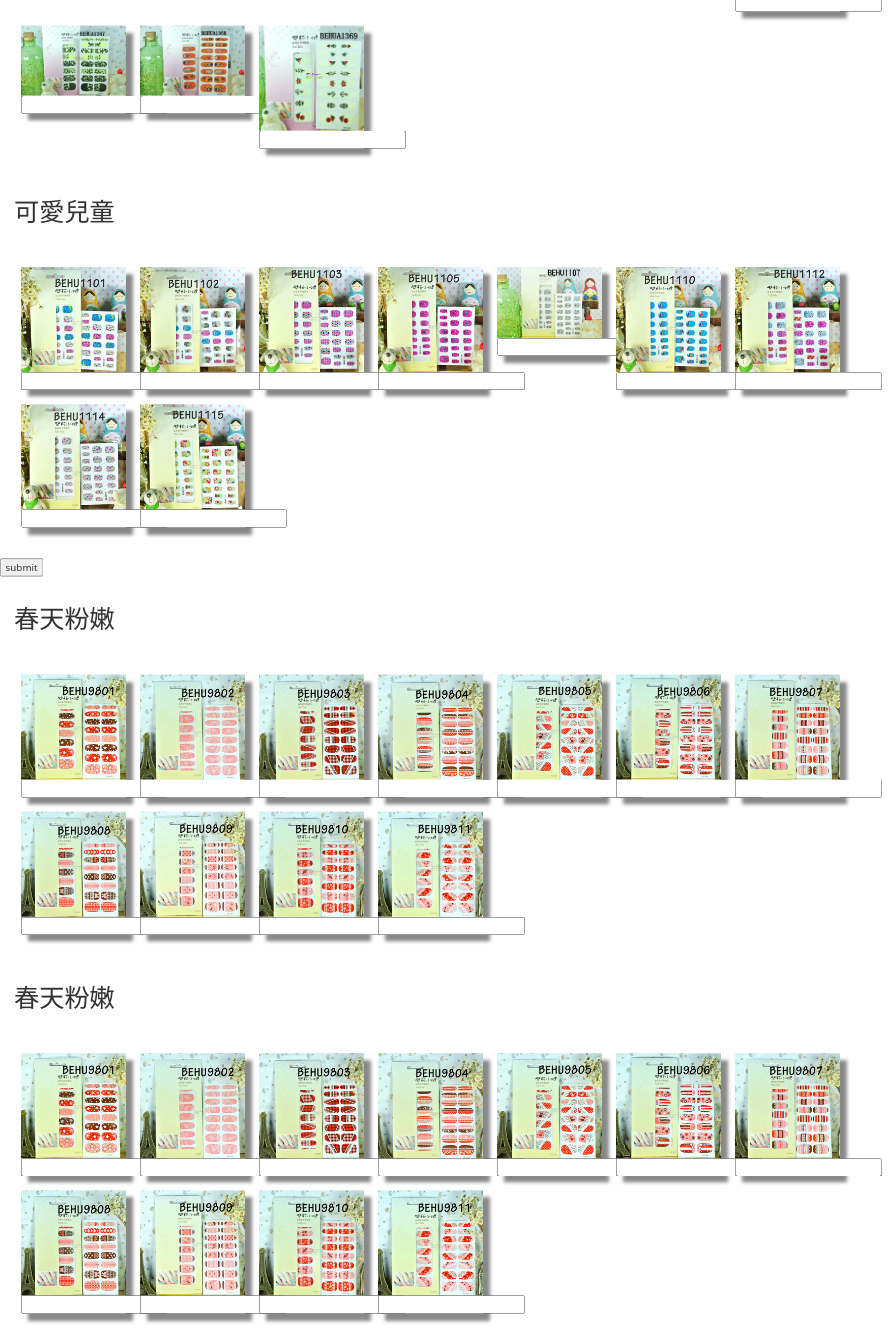
Repository: stardustxx/behua
Page: http://localhost/
The author's editor kept a record of every edit. The page is drawn from the files as they stood at one moment, then again after the next edit.
The browser window is 1280 px wide. The pictures show the part of the page from y = 1482 to 3402 px (the page is 3402 px tall before and 2279 px after), at 70% of full size.
The page is run by PHP 8.4 with error messages shown; the project is at /var/www/html/.

Above is the page before.

### index.php

<?php include('header.php'); ?>

<!-- Appears only when people signed in -->
<!-- <div class = "container">
  <div class = "jumbotron tbCenter">
  	<p> Welcome to Behua </p>
  	<a class="btn btn-default" href="login.php">Log In</a>
		<a class="btn btn-primary" href="signup.php">Sign Up</a>
  </div>
</div> -->

<!-- Photo Gallery, appears regardless -->
<div class = "container-fluid">
  <h1>New Items</h1>
</div>

<div class = "masonry container-fluid tbCenter">
  <?php /*
    for ($x = 1; $x <= 15; $x++){
      if ($x !== 13) {
        echo '<div class="item">';
        echo '<div class = "imgs">';
        echo '<img src = "Product/image' . $x . '.jpeg" />';
        echo '</div></div>';
      }
    } */
  ?>
</div>
<br>

<!-- Show Products -->
<?php include('product.php'); ?>
<form action = "order.php" method = "post">
  <div>
    <input type = "submit" type = "submit" value = "submit" />
  </div>

  <div class = "container-fluid">
    <h1>春天粉嫩</h1>
  </div>
  <div class = "masonry container-fluid tbCenter">
    <?php
      for ($x = 1; $x <= 12; $x++){
        if ($x < 10){
          $filename = "Product/behu9800/BEHU980" . $x . ".jpg";
          if (file_exists($filename)) {
            echo '<div class="item">';
            echo '<div class = "imgs">';
            echo '<img src = "Product/behu9800/BEHU980' . $x . '.jpg" />';
            echo '<input class = "txtbox" type = "text" name = "image' . $x . '" />';
            echo '</div></div>';
          }
        }
        else {
          $filename = "Product/behu9800/BEHU98" . $x . ".jpg";
          if (file_exists($filename)) {
            echo '<div class="item">';
            echo '<div class = "imgs">';
            echo '<img src = "Product/behu9800/BEHU98' . $x . '.jpg" />';
            echo '<input class = "txtbox" type = "text" name = "image' . $x . '" />';
            echo '</div></div>';
          }
        }
      }
    ?>
  </div>

  <div class = "container-fluid">
    <h1>春天粉嫩</h1>
  </div>
  <div class = "masonry container-fluid tbCenter">
    <?php
      for ($x = 1; $x <= 12; $x++){
        if ($x < 10){
          $filename = "Product/behu9800/BEHU980" . $x . ".jpg";
          if (file_exists($filename)) {
            echo '<div class="item">';
            echo '<div class = "imgs">';
            echo '<img src = "Product/behu9800/BEHU980' . $x . '.jpg" />';
            echo '<input class = "txtbox" type = "text" name = "image' . $x . '" />';
            echo '</div></div>';
          }
        }
        else {
          $filename = "Product/behu9800/BEHU98" . $x . ".jpg";
          if (file_exists($filename)) {
            echo '<div class="item">';
            echo '<div class = "imgs">';
            echo '<img src = "Product/behu9800/BEHU98' . $x . '.jpg" />';
            echo '<input class = "txtbox" type = "text" name = "image' . $x . '" />';
            echo '</div></div>';
          }
        }
      }
    ?>
  </div>


</form>
<!-- The ordering part -->


</body>
</html>

### header.php
<head>
<meta charset="utf-8">
<meta name="viewport" content="width=device-width, initial-scale=1">
<title>MissBehua</title>
<script type = "text/javascript" src = "js/jquery.js"></script>
<script type = "text/javascript" src = "js/masonry.pkgd.min.js"></script>
<script type = "text/javascript" src = "js/bootstrap.js"></script>
<script type = "text/javascript" src = "js/someFunction.js"></script>
<script type = "text/javascript" src = "js/imagesloaded.pkgd.min.js"></script>
<link href='http://fonts.googleapis.com/css?family=Noto+Sans' rel='stylesheet' type='text/css'>
<link rel = "stylesheet" type = "text/css" href = "css/bootstrap.css">
<link rel = "stylesheet" type = "text/css" href = "css/style.css">

</head>

<body>

<!-- Navbar -->
<nav class="navbar navbar-static-top navbar-default" role="navigation">
  <div class="container-fluid">
    <!-- Brand and toggle get grouped for better mobile display -->
    <div class="navbar-header">
      <button type="button" class="navbar-toggle" data-toggle="collapse" data-target="#bs-example-navbar-collapse-1">
        <span class="sr-only">Toggle navigation</span>
        <span class="icon-bar"></span>
        <span class="icon-bar"></span>
        <span class="icon-bar"></span>
      </button>
      <a class="navbar-brand" href="index.php">MissWallFlower</a>
    </div>

    <!-- Collect the nav links, forms, and other content for toggling -->
    <div class="collapse navbar-collapse" id="bs-example-navbar-collapse-1">
      <ul class="nav navbar-nav navbar-right">
      <li><a href="index.php">
          <span class = "glyphicon glyphicon-home"></span> Home
</a>        </li>
    <li><a href="login.php">
          <span class = "glyphicon glyphicon-ok"></span> Log in
</a>        </li>
          <li><a href="signup.php">
          <span class = "glyphicon glyphicon-asterisk"></span> Sign Up
</a>          </li>
        <li class="dropdown">
          <a href="#" class="dropdown-toggle" data-toggle="dropdown">Items <span class="caret"></span></a>
          <ul class="dropdown-menu" role="menu">
            <li><a href="#">Crystal</a></li>
            <li><a href="#">Another action</a></li>
            <li><a href="#">Something else here</a></li>
            <li><a href="#">Separated link</a></li>
            <li><a href="#">One more separated link</a></li>
          </ul>
        </li>
      </ul>
    </div><!-- /.navbar-collapse -->
  </div><!-- /.container-fluid -->
</nav>

### product.php
<form action = "order.php" method = "post">
  <div>
    <input type = "submit" type = "submit" value = "submit" />
  </div>

  <div class = "container-fluid">
    <h1>春天粉嫩</h1>
  </div>
  <div class = "masonry container-fluid tbCenter">
    <?php
      for ($x = 9801; $x <= 9812; $x++){
        if ($x < 10){
          $filename = "Product/behu9800/BEHU" . $x . ".jpg";
          if (file_exists($filename)) {
            echo '<div class="item">';
            echo '<div class = "imgs">';
            echo '<img src = "Product/behu9800/BEHU980' . $x . '.jpg" />';
            echo '<input class = "txtbox" type = "text" name = "spring' . $x . '" />';
            echo '</div></div>';
          }
        }
        else {
          $filename = "Product/behu9800/BEHU98" . $x . ".jpg";
          if (file_exists($filename)) {
            echo '<div class="item">';
            echo '<div class = "imgs">';
            echo '<img src = "Product/behu9800/BEHU98' . $x . '.jpg" />';
            echo '<input class = "txtbox" type = "text" name = "spring' . $x . '" />';
            echo '</div></div>';
          }
        }
      }
    ?>
  </div>

  <div class = "container-fluid">
    <h1>方妮趣味</h1>
  </div>
  <div class = "masonry container-fluid tbCenter">
    <?php
      for ($x = 1; $x <= 70; $x++){
        if ($x < 10){
          $filename = "Product/WF1300/WF130" . $x . ".jpg";
          if (file_exists($filename)) {
            echo '<div class="item">';
            echo '<div class = "imgs">';
            echo '<img src = "Product/WF1300/WF130' . $x . '.jpg" />';
            echo '<input class = "txtbox" type = "text" name = "funny' . $x . '" />';
            echo '</div></div>';
          }
        }
        elseif ($x <= 30) {
          $filename = "Product/WF1300/WF13" . $x . ".jpg";
          if (file_exists($filename)) {
            echo '<div class="item">';
            echo '<div class = "imgs">';
            echo '<img src = "Product/WF1300/WF13' . $x . '.jpg" />';
            echo '<input class = "txtbox" type = "text" name = "funny' . $x . '" />';
            echo '</div></div>';
          }
        }
        elseif ($x <= 70) {
          $filename = "Product/WF1300/BEHU13" . $x . ".jpg";
          if (file_exists($filename)) {
            echo '<div class="item">';
            echo '<div class = "imgs">';
            echo '<img src = "Product/WF1300/BEHU13' . $x . '.jpg" />';
            echo '<input class = "txtbox" type = "text" name = "funny' . $x . '" />';
            echo '</div></div>';
          }
        }
      }
    ?>
  </div>

  <div class = "container-fluid">
    <h1>可愛兒童</h1>
  </div>
  <div class = "masonry container-fluid tbCenter">
    <?php
      for ($x = 1; $x <= 15; $x++){
        if ($x < 10){
          $filename = "Product/behu1100/BEHU110" . $x . ".jpg";
          if (file_exists($filename)) {
            echo '<div class="item">';
            echo '<div class = "imgs">';
            echo '<img src = "Product/behu1100/BEHU110' . $x . '.jpg" />';
            echo '<input class = "txtbox" type = "text" name = "kids' . $x . '" />';
            echo '</div></div>';
          }
        }
        else {
          $filename = "Product/behu1100/BEHU11" . $x . ".jpg";
          if (file_exists($filename)) {
            echo '<div class="item">';
            echo '<div class = "imgs">';
            echo '<img src = "Product/behu1100/BEHU11' . $x . '.jpg" />';
            echo '<input class = "txtbox" type = "text" name = "kids' . $x . '" />';
            echo '</div></div>';
          }
        }
      }
    ?>
  </div>
</form>

### js/someFunction.js
$(function() {
  var $container = $('#masonry');
  $container.imagesLoaded(function() {
    $container.masonry({
      itemSelector: '.item',
      gutterWidth: 20,
      isAnimated: true,
    });
  });
});

### css/style.css
.tbCenter {
    text-align: center;
}

body {
    font-family: 'Noto Sans', sans-serif;
}

#masonry {
    max-width: 1500px;
    margin-left: auto;
    margin-right: auto;
}

.container-fluid {
    padding: 20px;
}

.item {
    margin: 10px;
    float: left;
    width: 150px;
    box-shadow: 10px 10px 5px #888888;
}

.imgs img {
    max-width: 100%;
}

Loaded but not shown: js/jquery.js (library); js/masonry.pkgd.min.js (library); js/bootstrap.js (library); js/imagesloaded.pkgd.min.js (library); css/bootstrap.css (library)

After the next edit:
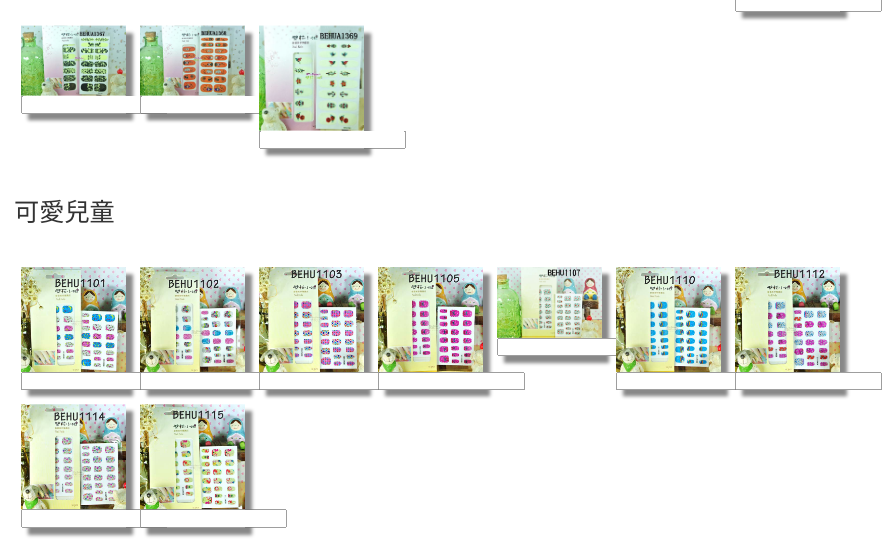
The edit:
--- a/index.php
+++ b/index.php
@@ -31,74 +31,7 @@
 
 <!-- Show Products -->
 <?php include('product.php'); ?>
-<form action = "order.php" method = "post">
-  <div>
-    <input type = "submit" type = "submit" value = "submit" />
-  </div>
 
-  <div class = "container-fluid">
-    <h1>春天粉嫩</h1>
-  </div>
-  <div class = "masonry container-fluid tbCenter">
-    <?php
-      for ($x = 1; $x <= 12; $x++){
-        if ($x < 10){
-          $filename = "Product/behu9800/BEHU980" . $x . ".jpg";
-          if (file_exists($filename)) {
-            echo '<div class="item">';
-            echo '<div class = "imgs">';
-            echo '<img src = "Product/behu9800/BEHU980' . $x . '.jpg" />';
-            echo '<input class = "txtbox" type = "text" name = "image' . $x . '" />';
-            echo '</div></div>';
-          }
-        }
-        else {
-          $filename = "Product/behu9800/BEHU98" . $x . ".jpg";
-          if (file_exists($filename)) {
-            echo '<div class="item">';
-            echo '<div class = "imgs">';
-            echo '<img src = "Product/behu9800/BEHU98' . $x . '.jpg" />';
-            echo '<input class = "txtbox" type = "text" name = "image' . $x . '" />';
-            echo '</div></div>';
-          }
-        }
-      }
-    ?>
-  </div>
-
-  <div class = "container-fluid">
-    <h1>春天粉嫩</h1>
-  </div>
-  <div class = "masonry container-fluid tbCenter">
-    <?php
-      for ($x = 1; $x <= 12; $x++){
-        if ($x < 10){
-          $filename = "Product/behu9800/BEHU980" . $x . ".jpg";
-          if (file_exists($filename)) {
-            echo '<div class="item">';
-            echo '<div class = "imgs">';
-            echo '<img src = "Product/behu9800/BEHU980' . $x . '.jpg" />';
-            echo '<input class = "txtbox" type = "text" name = "image' . $x . '" />';
-            echo '</div></div>';
-          }
-        }
-        else {
-          $filename = "Product/behu9800/BEHU98" . $x . ".jpg";
-          if (file_exists($filename)) {
-            echo '<div class="item">';
-            echo '<div class = "imgs">';
-            echo '<img src = "Product/behu9800/BEHU98' . $x . '.jpg" />';
-            echo '<input class = "txtbox" type = "text" name = "image' . $x . '" />';
-            echo '</div></div>';
-          }
-        }
-      }
-    ?>
-  </div>
-
-
-</form>
-<!-- The ordering part -->
 
 
 </body>
